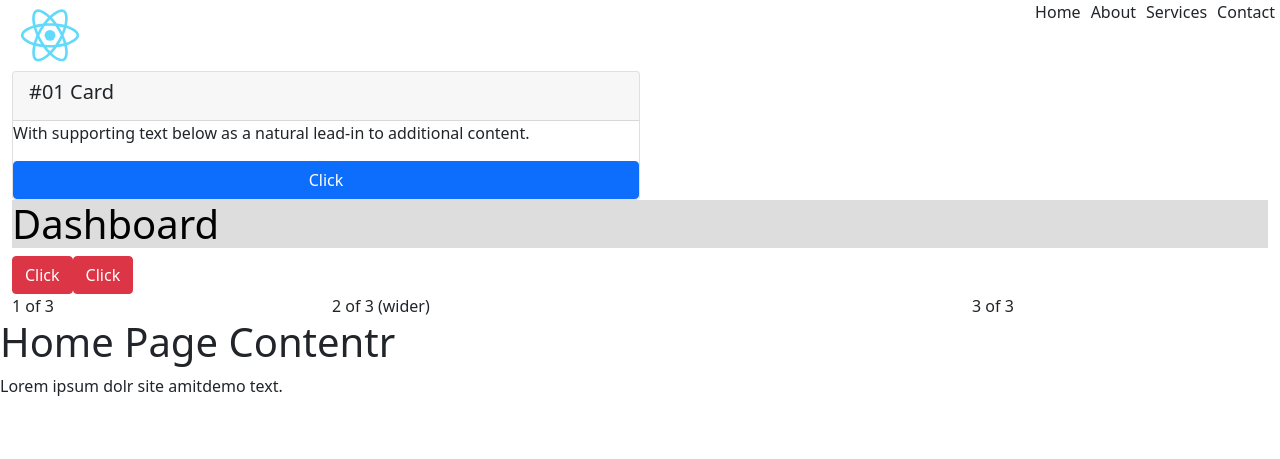
Repository: rudra319/react
Page: /
An editor plug-in stored every save of this project. The page is shown before and after the next save, followed by the edit.
The browser window is 1280 px wide. The pictures show the whole page.
The project was rebuilt for these pictures with package versions that can differ from the ones it lists, and the page was loaded fresh each time. Also part of the build but not shown: src/App.css.

Above is the page before, as saved 2022-05-17 17:16:48.

After the next save:
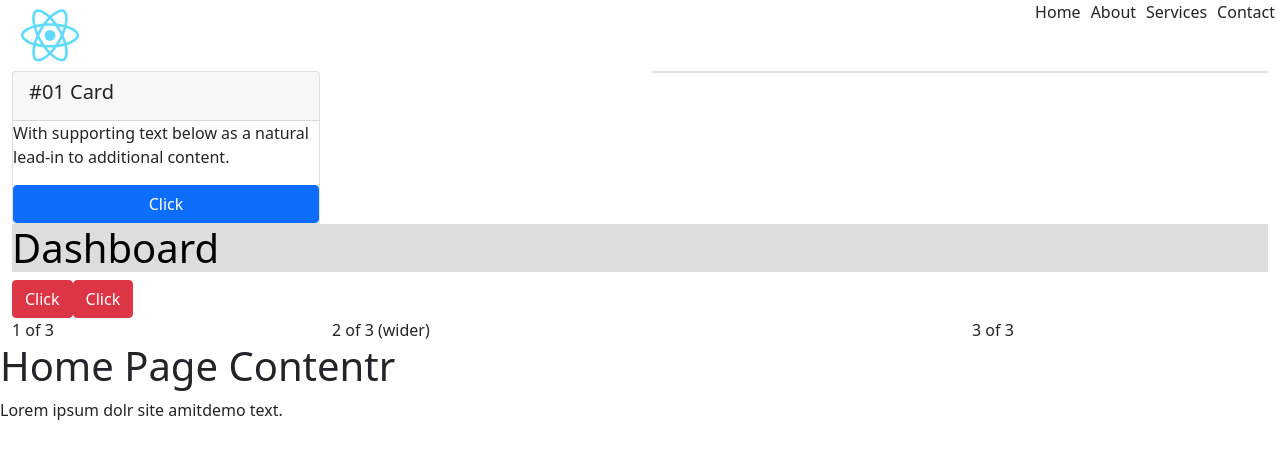
Saved 8 s later.
--- a/src/pages/dashboard/Chinmayee.jsx
+++ b/src/pages/dashboard/Chinmayee.jsx
@@ -24,7 +24,7 @@
                     </Card>
                 </Col>
 
-
+                <Col><Card></Card></Col>
             </Row>
 </Container>
     )
